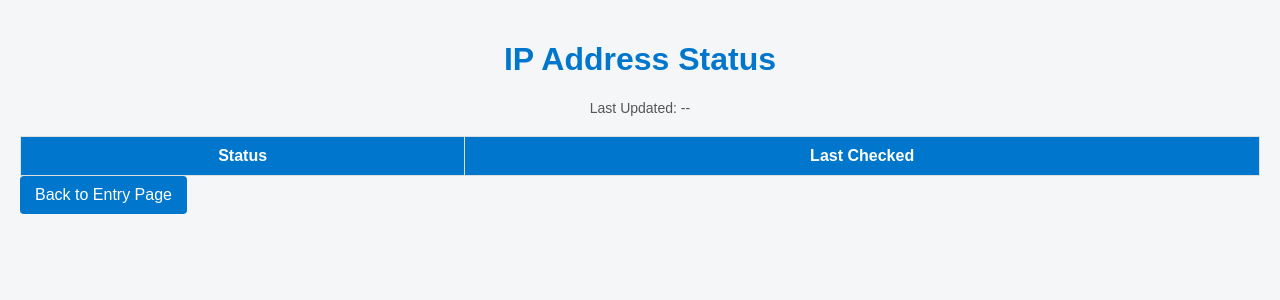
Repository: BanavasiPrakash/radminnetworkping
Page: src/main/resources/static/status.html
An editor plug-in stored every save of this project. The page is shown before and after the next save, followed by the edit.
The browser window is 1280 px wide. The pictures show the whole page.
The page's requests for data from a server got no answer.

Above is the page before, as saved 2025-08-19 15:56:11.

After the next save:
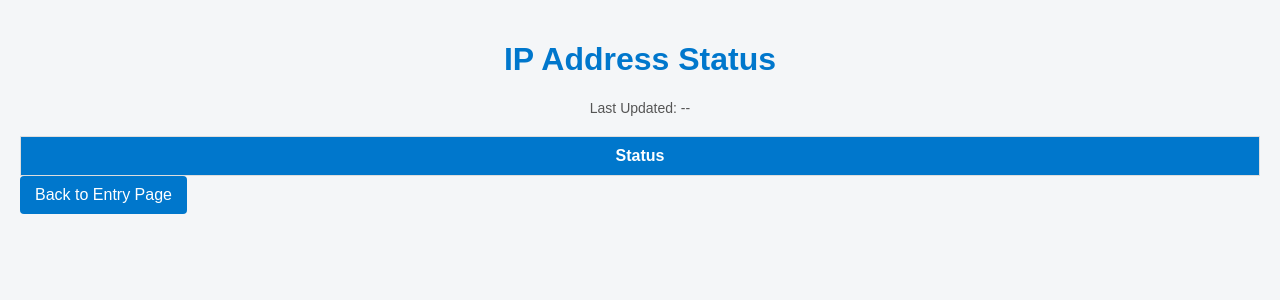
Saved 6 s later.
--- a/src/main/resources/static/status.html
+++ b/src/main/resources/static/status.html
@@ -19,7 +19,7 @@
                 <tr>
                     <!-- <th>Location</th> -->
                     <th>Status</th>
-                    <th>Last Checked</th>
+                    <!-- <th>Last Checked</th> -->
                 </tr>
             </thead>
             <tbody>
